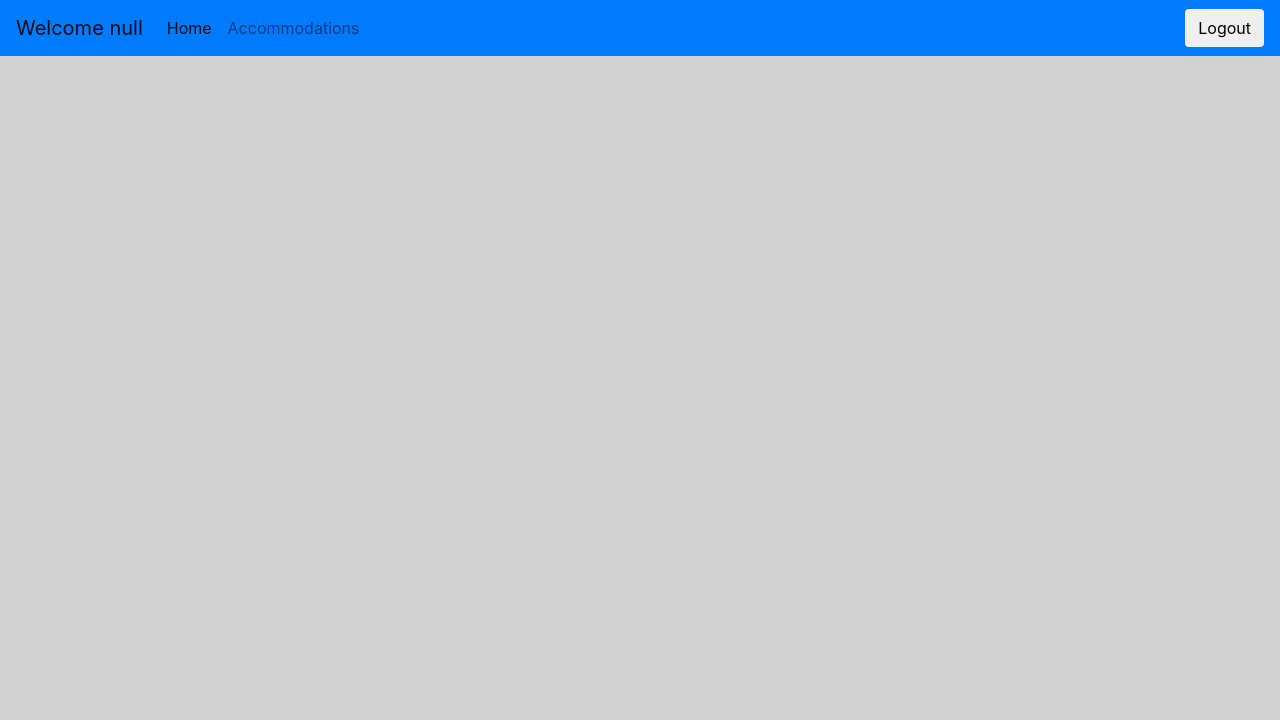
Repository: Bishodeep/AccommodationServlet
Page: http://localhost/AccomodationPortal/editroom.jsp
The author's editor kept a copy of each file at every save. The page is drawn from the files as they stood at one save, then again after the next save.
The browser window is 1280 px wide. The pictures show the whole page.
The page is served by Tomcat 9.

Above is the page before, as saved 2020-04-19 02:45:39.

After the next save:
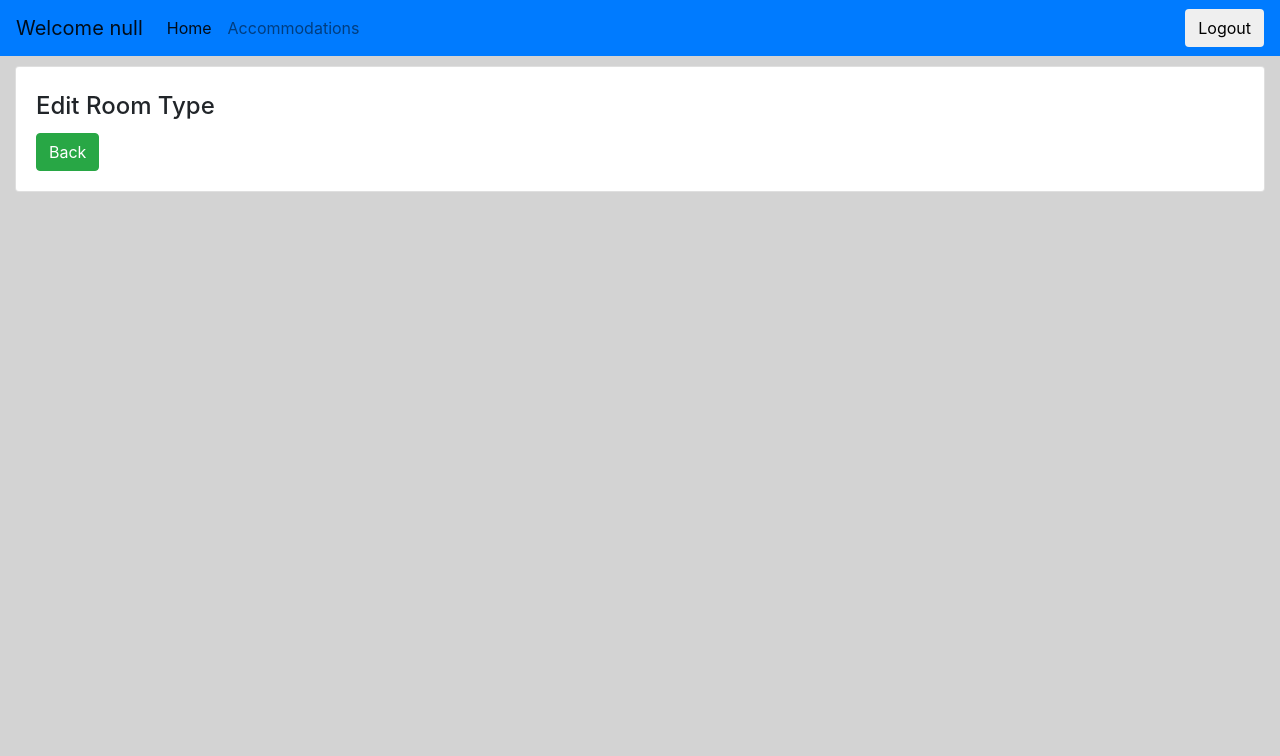
Saved 60 s later.
--- a/AccomodationPortal/WebContent/editroom.jsp
+++ b/AccomodationPortal/WebContent/editroom.jsp
@@ -1,5 +1,5 @@
 <%@ page language="java" contentType="text/html; charset=ISO-8859-1"
-    pageEncoding="ISO-8859-1"%>
+	pageEncoding="ISO-8859-1"%>
 <!DOCTYPE html>
 <html>
 <head>
@@ -7,6 +7,20 @@
 <title>Accommodation Portal</title>
 </head>
 <body>
-<%@include file='navbaradmin.jsp'%>
+	<%@include file='navbaradmin.jsp'%>
+	<div class="col-md-12 container " style="height: 700px">
+		<div class="card">
+			<div class="card-body">
+				<div class="list-part">
+					<h4 class="card-title">Edit Room Type</h4>
+
+					<div class="inner-list-part d-flex">
+						<form class="form-inline my-2 my-lg-0" action="welcomeadmin"
+							method="get">
+							<button class="btn btn-success my-2 my-sm-0" type="submit">Back</button>
+						</form>
+					</div>
+				</div>
+				<form action="editroomtype" method="post">
 </body>
 </html>
